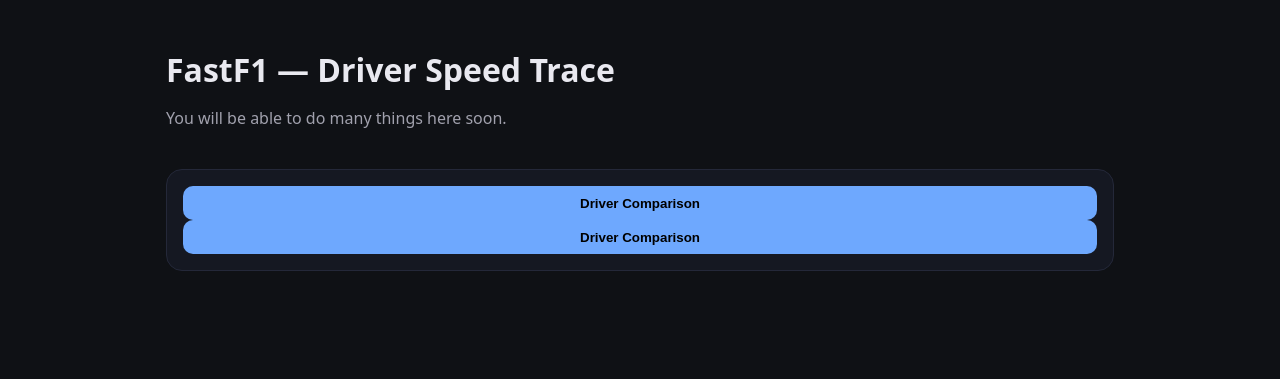
Repository: gqnsptaa/fastf1_web_preview
Page: http://localhost/menu
These files come from the project's save history. The page is drawn as it stood at one moment and after a run of saves; the edit follows.
The browser window is 1280 px wide. The pictures show the whole page.
The page is served by the project's application, run on Flask 3 (app.py).

Above is the page before, as saved 2025-09-22 16:42:40.

### templates/menu.html
<!DOCTYPE html>
<html lang="en">
  <head>
    <meta charset="utf-8" />
    <meta name="viewport" content="width=device-width, initial-scale=1" />
    <title>FastF1 — Driver Speed Trace</title>
    <link
      rel="stylesheet"
      href="{{ url_for('static', filename='styles.css') }}"
    />
  </head>
  <body>
    <div class="wrap">
      <header>
        <h1>FastF1 — Driver Speed Trace</h1>
        <p class="muted">You will be able to do many things here soon.</p>
      </header>
      <div class="card">
        <div class="full">
          <button type="submit">Driver Comparison</button>
        </div>
        <div class="full">
            <button type="submit">Driver Comparison</button>
          </div>
      </div>
    </div>
  </body>
</html>

### app.py
from pathlib import Path
import time
from flask import Flask, render_template, request, redirect, url_for, flash
import matplotlib
matplotlib.use("Agg")   # headless backend for servers
import matplotlib.pyplot as plt
import matplotlib.pyplot as plt
import fastf1
import fastf1.plotting as f1plt

app = Flask(__name__)
app.secret_key = "dev"

BASE_DIR = Path(__file__).parent.resolve()
CACHE_DIR = BASE_DIR / ".fastf1"
CACHE_DIR.mkdir(parents=True, exist_ok=True)
fastf1.Cache.enable_cache(str(CACHE_DIR))

@app.get("/healthz")
def healthz():
    return "ok"

@app.get("/")
def index():
    return render_template("index.html")

@app.get("/menu")
def menu():
    return render_template("menu.html")

@app.route("/result", methods=["GET"])
def result():
    p = BASE_DIR / "static" / "plot.png"
    if p.exists():
        plot_url = url_for("static", filename="plot.png", v=int(time.time()))
    return render_template("result.html", plot_url=plot_url)


@app.post("/plot")
def plot():
    year = int(request.form.get("year", "2025"))
    event = request.form.get("event", "...")
    session_code = request.form.get("session", "Q")
    drv1 = (request.form.get("driver1", "") or "").upper().strip()
    drv2 = (request.form.get("driver2", "") or "").upper().strip()

    sess = fastf1.get_session(year, int(event) if event.isdigit() else event, session_code)
    sess.load(laps=True, telemetry=True)

    f1plt.setup_mpl()
    fig, ax = plt.subplots(figsize=(10, 5), dpi=150)

    plotted = False
    if drv1:
        lap1 = sess.laps.pick_driver(drv1).pick_fastest()
        tel1 = lap1.get_telemetry()
        ax.plot(tel1["Distance"], tel1["Speed"], label=f"{drv1} fastest")
        plotted = True
    if drv2:
        lap2 = sess.laps.pick_driver(drv2).pick_fastest()
        tel2 = lap2.get_telemetry()
        ax.plot(tel2["Distance"], tel2["Speed"], label=f"{drv2} fastest")
        plotted = True
    if not plotted:
        lap = sess.laps.pick_fastest()
        tel = lap.get_telemetry()
        ax.plot(tel["Distance"], tel["Speed"], label=f"{lap['Driver']} (overall fastest)")

    ax.set_xlabel("Distance [m]"); ax.set_ylabel("Speed [km/h]")
    ax.set_title(f"{sess.event['EventName']} {sess.event.year} — {sess.name}")
    ax.grid(True); ax.legend(); fig.tight_layout()

    out = BASE_DIR / "static" / "plot.png"
    fig.savefig(out, bbox_inches="tight")
    plt.close(fig)

    flash("Plot generated", "success")
    return redirect(url_for("result"))

if __name__ == "__main__":
    app.run(debug=True)  # browse to http://127.0.0.1:5000/

### static/styles.css
:root {
  --bg:#0f1115; --card:#151822; --text:#e9e9f0;
  --muted:#a1a1ad; --accent:#6ea8fe; --border:#242839;
}
* { box-sizing: border-box; }
body {
  margin: 0;
  font-family: system-ui, -apple-system, Segoe UI, Roboto, Helvetica, Arial;
  background: var(--bg);
  color: var(--text);
}
.wrap { max-width: 980px; margin: 24px auto 48px; padding: 0 16px; }
header { padding: 24px 0 8px; }
h1 { margin: 0 0 6px; }
.muted { color: var(--muted); }

.card {
  background: var(--card);
  border: 1px solid var(--border);
  border-radius: 16px;
  padding: 16px;
  margin-top: 16px;
}

label { display: block; margin: .25rem 0 .35rem; }
input, select, button {
  width: 100%;
  padding: .6rem .7rem;
  border: 1px solid var(--border);
  border-radius: 10px;
  background: #0f1115;
  color: var(--text);
}
form { display: grid; grid-template-columns: repeat(2, minmax(0,1fr)); gap: 12px; }
form .full { grid-column: 1 / -1; }

button {
  background: var(--accent);
  border: none;
  color: #000;
  font-weight: 600;
  cursor: pointer;
}

.img {
  display: grid;
  place-items: center;
  padding: 12px;
  border: 1px dashed var(--border);
  border-radius: 12px;
  min-height: 220px;
}
img { max-width: 100%; height: auto; border-radius: 10px; display: block; }

.flash { padding: .6rem .8rem; border-radius: 10px; margin: .35rem 0; font-size: .95rem; }
.success { background: #0f2f19; border: 1px solid #1d5e35; }
.error   { background: #2f1010; border: 1px solid #5e1d1d; }
.info    { background: #0f2132; border: 1px solid #1d3d5e; }

After the next 6 saves:
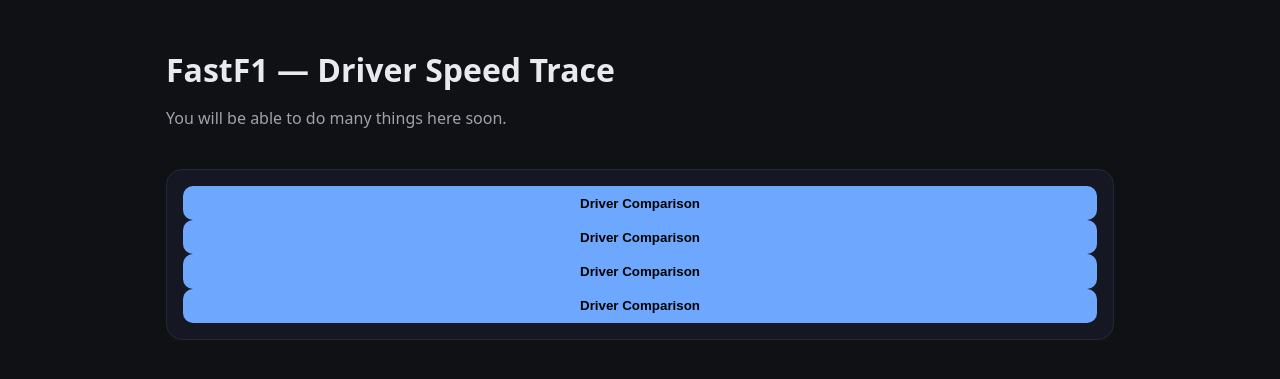
The 6 saves are shown as one change because they came seconds apart.
The last was saved 12 s later.
--- a/templates/menu.html
+++ b/templates/menu.html
@@ -20,8 +20,14 @@
           <button type="submit">Driver Comparison</button>
         </div>
         <div class="full">
-            <button type="submit">Driver Comparison</button>
-          </div>
+          <button type="submit">Driver Comparison</button>
+        </div>
+        <div class="full">
+          <button type="submit">Driver Comparison</button>
+        </div>
+        <div class="full">
+          <button type="submit">Driver Comparison</button>
+        </div>
       </div>
     </div>
   </body>
